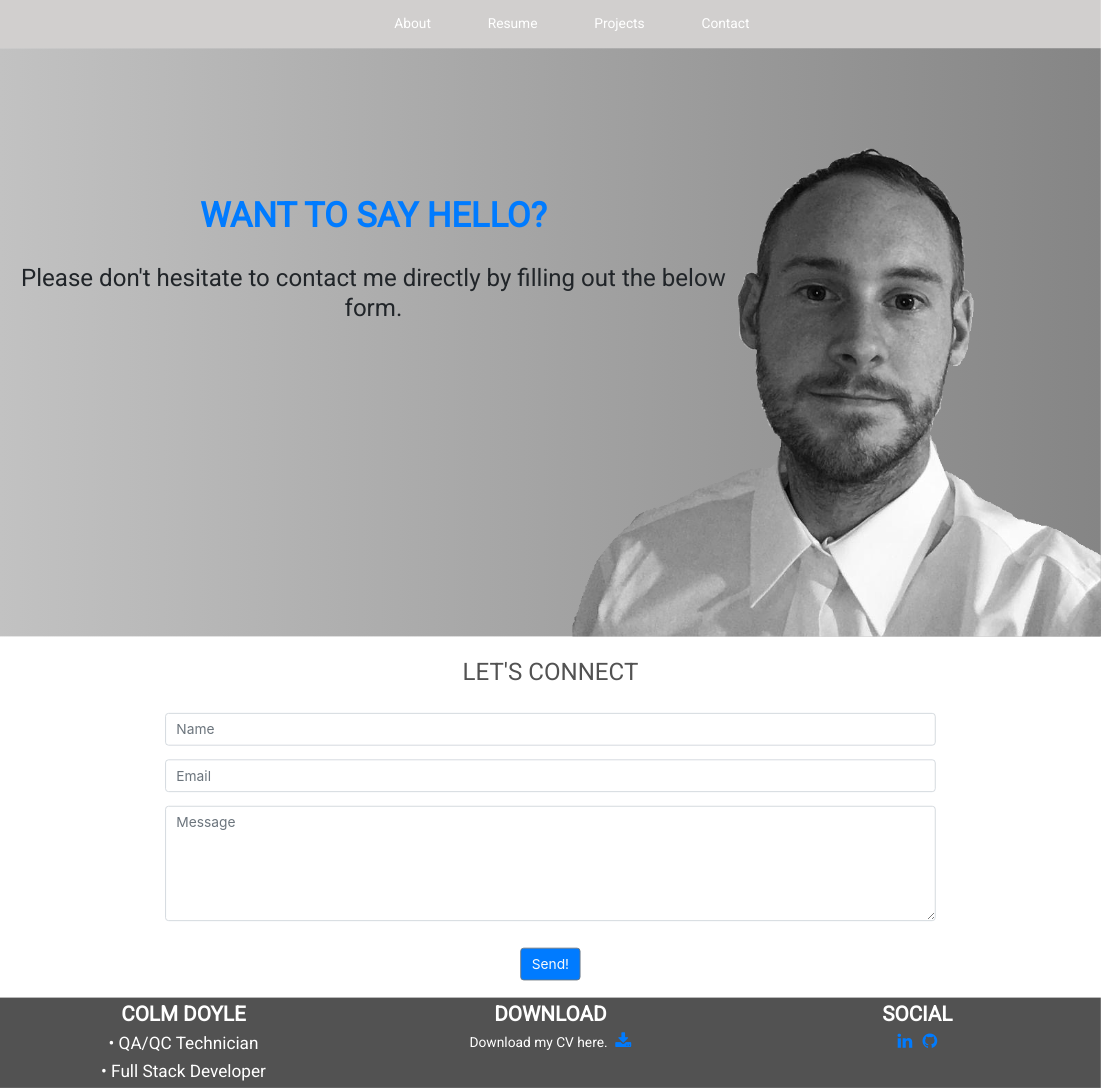
Repository: Code-Institute-Submissions/collyd21-milestone1
Page: contact.html
The author's editor kept a record of every edit. The page is drawn from the files as they stood at one moment, then again after the next edit.
The browser window is 1280 px wide. The page is 1295 px wide, so the pictures cover 1295 px, including what lies to the right of the window. The pictures show the whole page, at 86% of full size.

Above is the page before.

### contact.html
<!DOCTYPE html>
<html lang="en">

<head>
    <meta charset="UTF-8">
    <meta name="viewport" content="width=device-width, initial-scale=1.0">
    <meta http-equiv="X-UA-Compatible" content="ie=edge">
    <script src="https://code.jquery.com/jquery-3.4.1.slim.min.js" integrity="sha384-J6qa4849blE2+poT4WnyKhv5vZF5SrPo0iEjwBvKU7imGFAV0wwj1yYfoRSJoZ+n" crossorigin="anonymous"></script>
    <script src="https://stackpath.bootstrapcdn.com/bootstrap/4.4.1/js/bootstrap.min.js" integrity="sha384-wfSDF2E50Y2D1uUdj0O3uMBJnjuUD4Ih7YwaYd1iqfktj0Uod8GCExl3Og8ifwB6" crossorigin="anonymous"></script>
    <link rel="stylesheet" href="https://stackpath.bootstrapcdn.com/bootstrap/4.4.1/css/bootstrap.min.css" integrity="sha384-Vkoo8x4CGsO3+Hhxv8T/Q5PaXtkKtu6ug5TOeNV6gBiFeWPGFN9MuhOf23Q9Ifjh" crossorigin="anonymous">
    <link rel="stylesheet" href="https://stackpath.bootstrapcdn.com/font-awesome/4.7.0/css/font-awesome.min.css" type="text/css" />
    <link href="https://fonts.googleapis.com/css?family=Roboto&display=swap" rel="stylesheet">
    <link rel="stylesheet" href="assets/css/style.css">
    <title>Colm Doyle - Personal Profile</title>
</head>

<body>
    <!-----------------------------------------Navbar-------------------------------------->
    <nav class="navbar navbar-expand-md">
        <button class="navbar-toggler custom " data-toggle="collapse" data-target="#collapse_target">
                <span class="navbar-toggler-icon"></span>
            </button>
        <div class="justify-content-center collapse navbar-collapse" id="collapse_target">
            <ul class="navbar-nav">
                <li class="nav-item">
                    <a class="nav-link" href="index.html">About</a>
                </li>
                <li class="nav-item">
                    <a class="nav-link" href="resume.html">Resume</a>
                </li>
                <li class="nav-item">
                    <a class="nav-link" href="projects.html">Projects</a>
                </li>
                <li class="nav-item">
                    <a class="nav-link" href="contact.html">Contact</a>
                </li>
            </ul>
        </div>
    </nav>
    <!------------------------------------------Header-------------------------------------->

    <header class="jumbotron-fluid">
        <div class="container-fluid no-gutters d-none d-md-block" id="main-view-large">
            <div class="row">
                <div class="col-lg-8 col-md-8 col-sm-12 col-xs-12" id="about-large">
                    <h1 class="uppercase-jumbo">Want to say hello?</h1>
                    <br>
                    <h3>Please don't hesitate to contact me directly by filling out the below form.</h3>
                </div>
            </div>
        </div>
        <div class="container-fluid no-gutters d-block d-md-none" id="main-view-small">
            <div class="row">
                <div class="col-lg-8 col-md-8 col-sm-12 col-xs-12" id="contact">
                    <h1 class="uppercase-jumbo">Want to say hello?</h1>
                    <br>
                    <h3>Please don't hesitate to contact me directly by filling out the below form.</h3>
                </div>
            </div>
        </div>
    </header>

    <!------------------------------------------Contact Form-------------------------------------->

    <section class="container-fluid contact-form">
        <div class="row">
            <div class="col-12">
                <h3 class="contact-heading uppercase text-center">Let's Connect</h3>
                <div class="center-form">
                    <form>
                        <div class="form-group">
                            <input type="text" name="name" id="fullname" class="form-control" placeholder="Name" required />
                        </div>
                        <div class="form-group">
                            <input type="email" name="email" id="emailaddress" class="form-control" placeholder="Email" required />
                        </div>
                        <div class="form-group">
                            <textarea rows="5" name="message" id="message" class="form-control" placeholder="Message" required></textarea>
                        </div>
                        <div class="form-row text-center">
                            <div class="col">
                                <button type="submit" class="btn btn-secondary">Send!</button>
                            </div>
                        </div>
                    </form>
                </div>
            </div>
        </div>
    </section>


    <!------------------------------------------Footer-------------------------------------->

    <footer class="container-fluid">
        <div class="row" id="footer">
            <div class="col-sm-4 ">
                <h4 class="uppercase footer">Colm Doyle</h4>
                <h5>&bull; QA/QC Technician</h5>
                <h5>&bull; Full Stack Developer</h5>
            </div>
            <div class="col-sm-4">
                <h4 class="uppercase">Download</h4>
                <p class="inline-block">
                    Download my CV here.
                    <a href="assets/pdfs/colm-cv.pdf" target="_blank" class="cv-pdf">
                        <i class="fa fa-download" aria-hidden="true"></i>
                        <span class="sr-only">Download link</span>
                    </a>
                </p>
            </div>
            <div class="col-sm-4">
                <h4 class="uppercase">Social</h4>
                <ul class="list-inline social-links">
                    <li class="list-inline-item">
                        <a target="_blank" href="https://linkedin.com/in/colm-doyle-88b0b6164">
                            <i class="fa fa-linkedin" aria-hidden="true"></i>
                            <span class="sr-only">LinkedIn</span>
                     </a>
                    </li>
                    <li class="list-inline-item">
                        <a target="_blank" href="https://github.com/collyd21">
                            <i class="fa fa-github " aria-hidden="true"></i>
                            <span class="sr-only">Github</span>
                        </a>
                </ul>
            </div>
        </div>
    </footer>
</body>

</html>

### assets/css/style.css
/*-----------------------------------------------Navbar----------------------------------------*/

.navbar {
    font-family: "Roboto", sans-serif;
    background-color: #d1cfce;
    width: 100vw;
}

.nav-link {
    margin-left: 50px;
    color: #fff;
}

.navbar a:hover {
    color: #007bff;
}

.navbar-toggler {
    border-color: #007bff;
}

.navbar-toggler-icon {
    background-image: url("data:[embedded picture, 238 characters]");
}


/*-----------------------------------------------Header/Jumbotron----------------------------------------*/

#main-view-large {
    background-image: url('../images/portrait.png'), linear-gradient(to right, #c2c2c2 0%, #858585 100%);
    background-position: bottom;
    background-size: cover;
    height: 95vh;
    width: 100vw;
    position: relative;
}

#main-view-small {
    background-image: linear-gradient(to right, #c2c2c2 0%, #858585 100%);
    background-position: bottom;
    background-size: cover;
    height: 80vh;
    width: 100vw;
    position: relative;
    padding-left: 0px;
    padding-right: 0px;
}

#about-large,
#about-small {
    font-family: 'Roboto', sans-serif;
    text-align: center;
    position: absolute;
    top: 25%;
    padding-right: 0px;
}

#resume-large {
    font-family: 'Roboto', sans-serif;
    text-align: center;
    position: absolute;
    top: 10%;
}

#resume-small {
    font-family: 'Roboto', sans-serif;
    text-align: center;
    position: absolute;
    top: 10%;
    padding-right: 15px;
    right: 0px;
}

#projects {
    font-family: 'Roboto', sans-serif;
    text-align: center;
    position: absolute;
    top: 15%;
}

#contact-large {
    font-family: 'Roboto', sans-serif;
    text-align: center;
    position: absolute;
    top: 25%;

}

#contact-small {
    font-family: 'Roboto', sans-serif;
    text-align: center;
    position: absolute;
    top: 25%;
    padding-right: 15px;
    right: 0px;

}

.uppercase-jumbo {
    text-transform: uppercase;
    font-weight: bold;
    color: #007bff
}

/*-----------------------------------------------3 Questions----------------------------------------*/

.questions {
    font-family: 'Roboto', sans-serif;
    margin-top: 25px;
    margin-bottom: 25px;
    text-align: center;
}

.question-margin {
    font-family: 'Roboto', sans-serif;
    padding-left: 30px;
    padding-right: 30px;
    text-align: center;
}

.uppercase {
    text-transform: uppercase;
    font-weight: bold;
}

.questions i {
    font-size: 30px;
    color: #007bff;
    text-align: center;
    margin-right: 15px;
}


/*-----------------------------------------------Footer----------------------------------------*/

.inline-block {
    display: inline-block;
}

#footer {
    padding-top: 5px;
    padding-left: 0px;
    padding-right: 0px;
    font-family: 'Roboto', sans-serif;
    background-color: #525252;
    color: #fff;
    text-align: center;
    position: relative;
    width: 100vw;
}

.cv-pdf i {
    padding-left: 5px;
    font-size: 20px;
}

.social-links li a i {
    font-size: 20px;
}

/*--------------------------------------------Work History / Education / Projects-----------------------------------*/

.top-margin {
    padding-top: 50px;
    margin-bottom: 50px;
    color: #525252;
    font-weight: bold;
    text-align: center;
}

.h3-colour {
    color: #007bff;
}

.bg-colour-1 {
    background-color: #e4e4e4;
}


.sts-logo {
    height: 300px;
    width: 300px;
    margin-left: 150px;
    margin-top: 100px;
}

.mech-logo {
    height: 95px;
    width: 400px;
    margin-left: 150px;
    margin-top: 250px;
}

.hs-logo {
    height: 200px;
    width: 450px;
    margin-left: 100px;
    margin-top: 200px;
}

.img-center {
    margin: auto;
    display: block;
}

.work {
    text-align: center;
}

.work p {
    color: #525252;
    margin-left: 30px;
    margin-right: 30px;
    line-height: 20px;
}

.bottom-margin {
    margin-bottom: 50px;
}

.accreditation {
    text-align: center;
        background-color: #eeeeee;
}

.accreditation p {
    color: #525252;
    margin-left: 30px;
    margin-right: 30px;
    line-height: 20px;
}

.projects {
    margin-top: 50px;
    color: #525252;
    text-align: center;
}

.projects p {
    color: #525252;
    margin-left: 30px;
    margin-right: 30px;
    line-height: 20px;
}

.data-centre {
    background-image: url('../images/datacentre20.jpg');
    background-size: cover;
}

.wework {
    background-image: url('../images/wework20.jpg');
    background-size: cover;
}

.pharma {
    background-image: url('../images/pharma20.jpg');
    background-size: cover;
}

.line {
    margin-top: 0em;
    margin-bottom: 0em;
    border-top: 1px solid #007bff;
}


/*--------------------------------------------Contact Form-----------------------------------*/

.contact-heading {
    font-family: "Roboto", sans-serif;
    font-weight: 300;
    margin-top: 25px;
    margin-bottom: 20px;
    color: #525252;
}

.contact-form {
    padding-left: 0;
    padding-right: 0;
}

.center-form {
    padding-top: 10px;
    margin: 0 auto;
    max-width: 70%;
}

button[type="submit"] {
    margin-top: 15px;
    margin-bottom: 20px;
    color: #fafafa;
    background-color: #007bff;
}

button[type="submit"]:hover {
    background-color: #3251c9;
}

After the next edit:
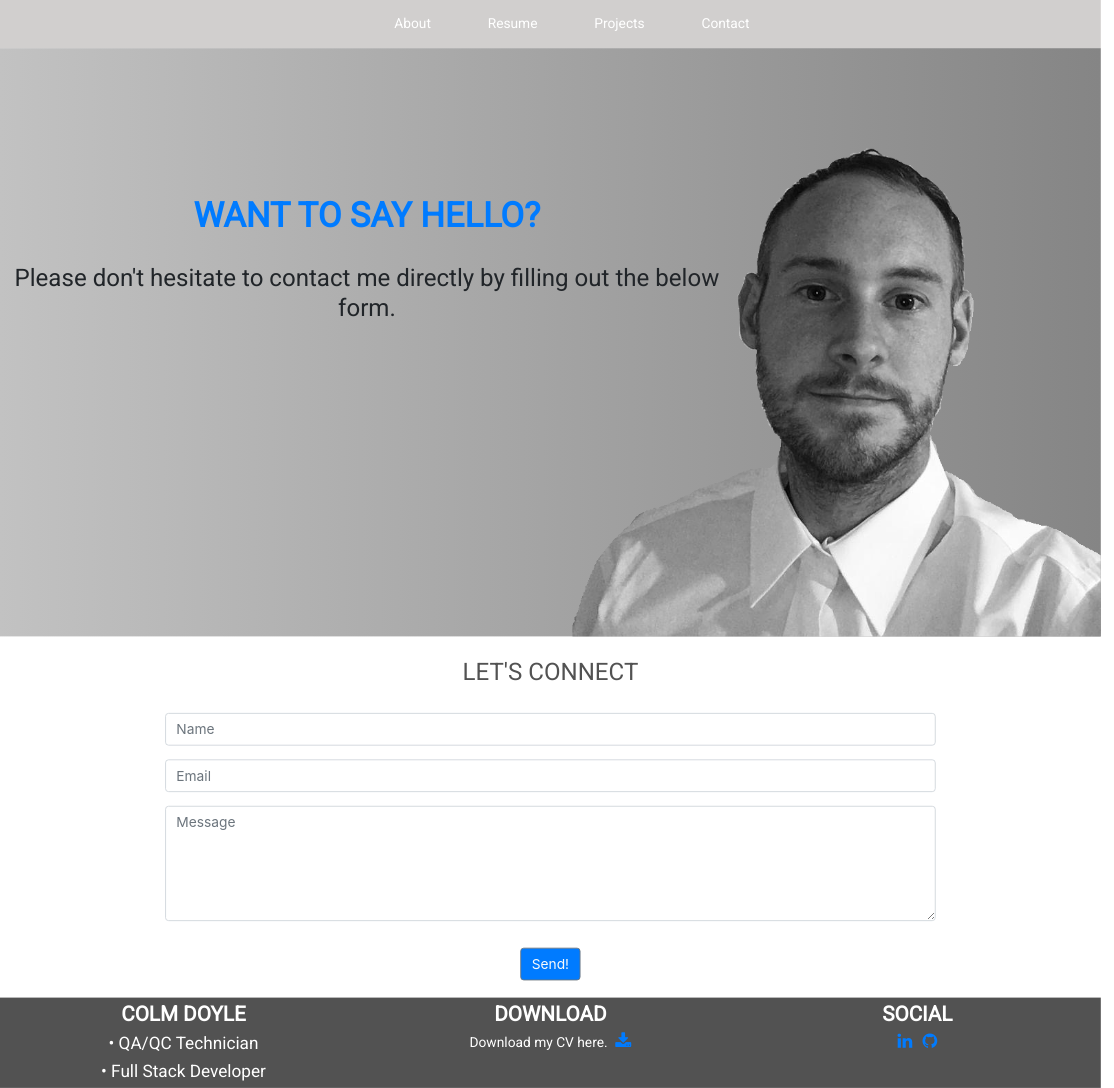
The edit:
--- a/contact.html
+++ b/contact.html
@@ -42,7 +42,7 @@
     <header class="jumbotron-fluid">
         <div class="container-fluid no-gutters d-none d-md-block" id="main-view-large">
             <div class="row">
-                <div class="col-lg-8 col-md-8 col-sm-12 col-xs-12" id="about-large">
+                <div class="col-lg-8 col-md-8 col-sm-12 col-xs-12" id="contact-large">
                     <h1 class="uppercase-jumbo">Want to say hello?</h1>
                     <br>
                     <h3>Please don't hesitate to contact me directly by filling out the below form.</h3>
